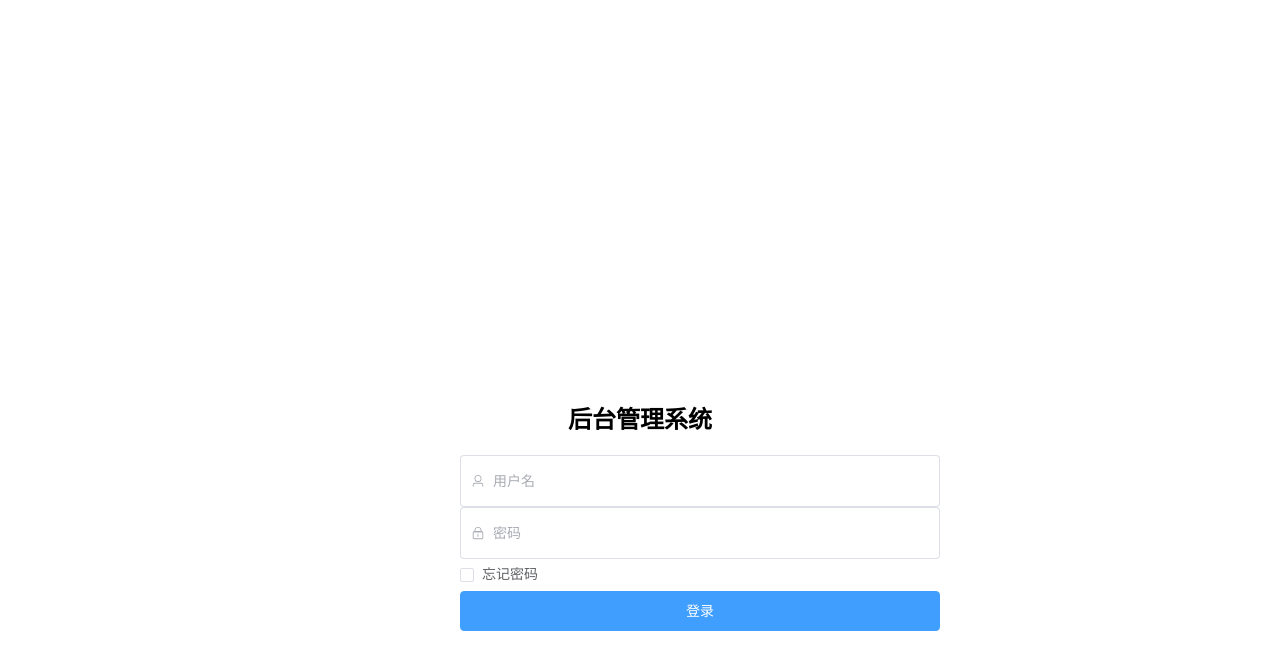
Repository: secret47/test-office-demo
Page: /
These files come from the project's save history. The page is drawn as it stood at one moment and after a run of saves; the edit follows.
The browser window is 1280 px wide. The pictures show the whole page.
The project was rebuilt for these pictures with package versions that can differ from the ones it lists, and the page was loaded fresh each time. Also part of the build but not shown: vite.config.js.

Above is the page before, as saved 2024-10-28 13:36:49.

After the next 2 saves:
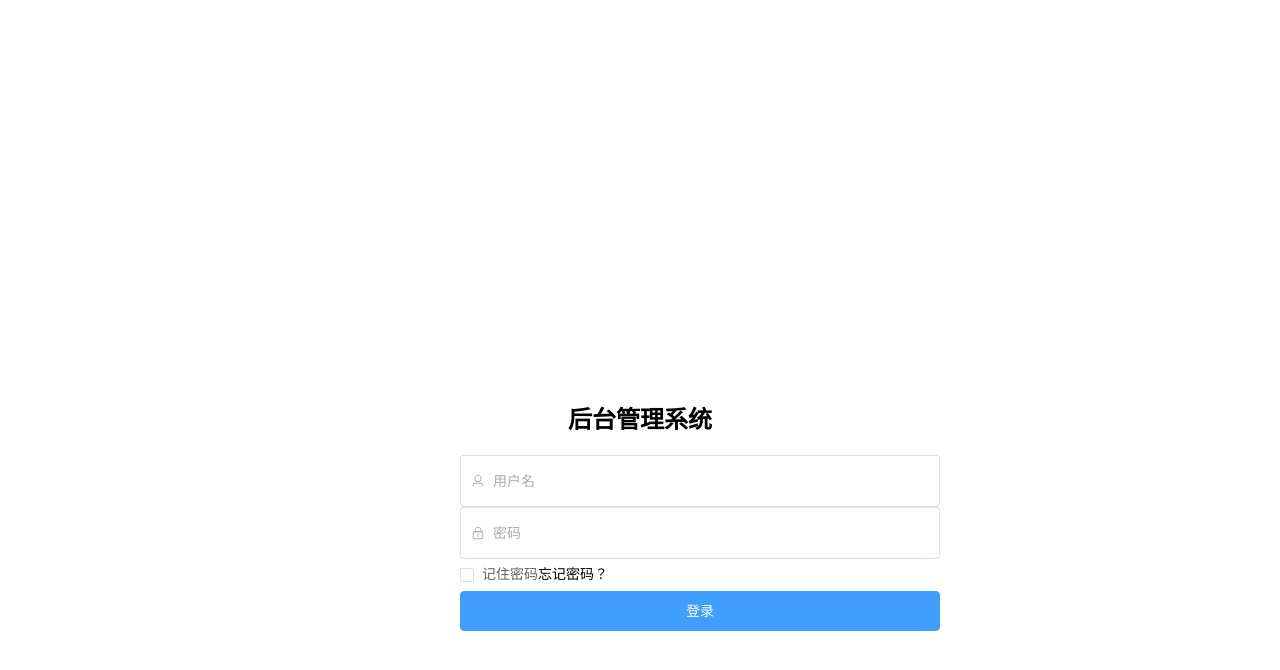
The 2 saves are shown as one change because they came seconds apart.
The last was saved 19 s later.
--- a/src/views/login.vue
+++ b/src/views/login.vue
@@ -17,10 +17,11 @@
                         prefix-icon="lock" />
                 </el-form-item>
                 <el-form-item>
-                    <el-checkbox>忘记密码</el-checkbox>
+                    <el-checkbox>记住密码</el-checkbox>
+                    <a-link>忘记密码？</a-link>
                 </el-form-item>
                 <el-form-item>
-                    <el-button type="primary" long  class="logBtn">{{ $t('login') }}</el-button>
+                    <el-button type="primary" long class="logBtn">{{ $t('login') }}</el-button>
                 </el-form-item>
             </el-form>
         </div>
@@ -53,8 +54,8 @@ const userInfo = reactive({
         margin-bottom: 20px;
     }
 
-    .logBtn{
-        width:100%;
+    .logBtn {
+        width: 100%;
         height: 40px;
     }
 }
